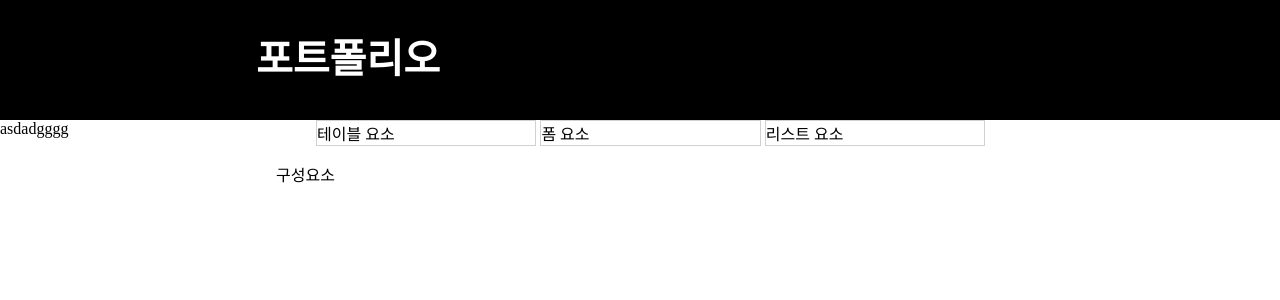
Repository: ItChoi/CSS-Study
Page: Css/WebContent/html/boostcourse/project-A1/portfolio.html
An editor plug-in stored every save of this project. The page is shown before and after the next save, followed by the edit.
The browser window is 1280 px wide. The pictures show the whole page.

Above is the page before, as saved 2019-06-18 10:20:39.

After the next save:
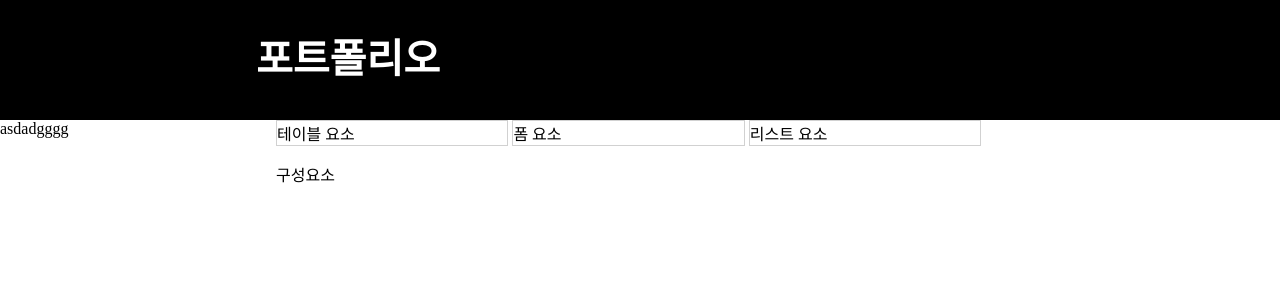
Saved 6 s later.
--- a/Css/WebContent/css/boostcourse/project-A1/portfolio.css
+++ b/Css/WebContent/css/boostcourse/project-A1/portfolio.css
@@ -38,7 +38,7 @@ html, body, .wrap {
 
 ul {
 	margin: 0px;
-	padding: 0 40 0 0;
+	padding: 0;
 	list-style: none;
 }
 
